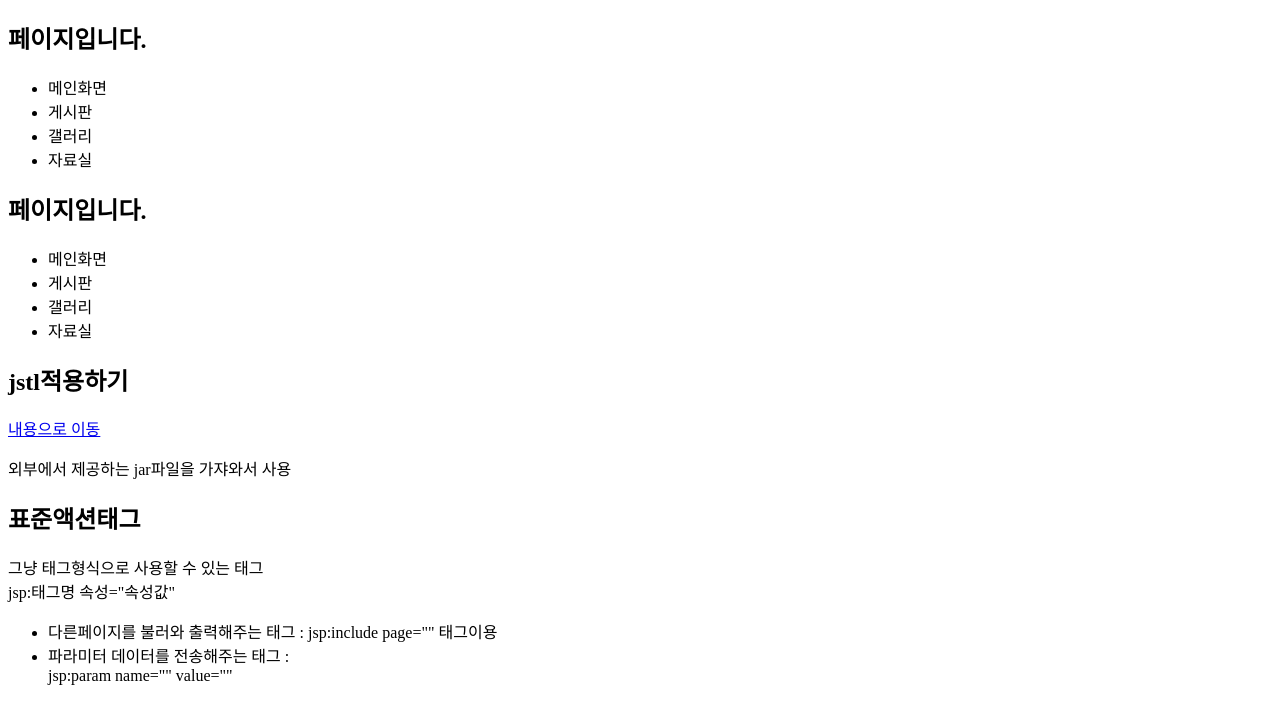
Repository: simjiho/week
Page: http://localhost/el_jstl/
An editor plug-in stored every save of this project. The page is shown before and after the next save, followed by the edit.
The browser window is 1280 px wide. The pictures show the whole page.
The page is served by Tomcat 9. Other server files are loaded and not shown.

Above is the page before, as saved 2024-04-20 05:34:57.

### workspace/el_jstl/src/main/webapp/index.jsp
<%@ page language="java" contentType="text/html; charset=UTF-8"
    pageEncoding="UTF-8"%>
<!-- 이용할 jstl 태그를 선언해야함 -->
<%@ taglib prefix="c" uri="http://java.sun.com/jsp/jstl/core" %>
<%@ taglib prefix="fmt" uri="http://java.sun.com/jsp/jstl/fmt" %>
<%@ include file="/views/common/header.jsp" %>
<jsp:include page="/views/common/header.jsp">
	<jsp:param name="titles" value="Main"/>
</jsp:include>

	<%-- <h3><%=name %></h3> --%>
	<h2>jstl적용하기</h2>
	<a href="views/content.jsp">내용으로 이동</a>
	<p>외부에서 제공하는 jar파일을 가쟈와서 사용</p>

	<h2>표준액션태그</h2>
	<p>
		그냥 태그형식으로 사용할 수 있는 태그 <br>
		jsp:태그명 속성="속성값"
	</p>
	<ul>
		<li>
			다른페이지를 불러와 출력해주는 태그 : jsp:include page="" 태그이용
		</li>
		<li>
			파라미터 데이터를 전송해주는 태그 : <br>
			jsp:param name="" value=""
		</li>
	</ul>
</body>
</html>

### workspace/el_jstl/src/main/webapp/views/common/header.jsp
<%@ page language="java" contentType="text/html; charset=UTF-8"
    pageEncoding="UTF-8"%>
<%
	String name="안녕";
%>
<!DOCTYPE html>
<html>
<head>
<meta charset="UTF-8">
<title>근명고등학교</title>
</head>
<body>
	<h2 style="${param.style}">${param.title} 페이지입니다.</h2>
	<ul>
		<li>메인화면</li>
		<li>게시판</li>
		<li>갤러리</li>
		<li>자료실</li>
	</ul>

After the next save:
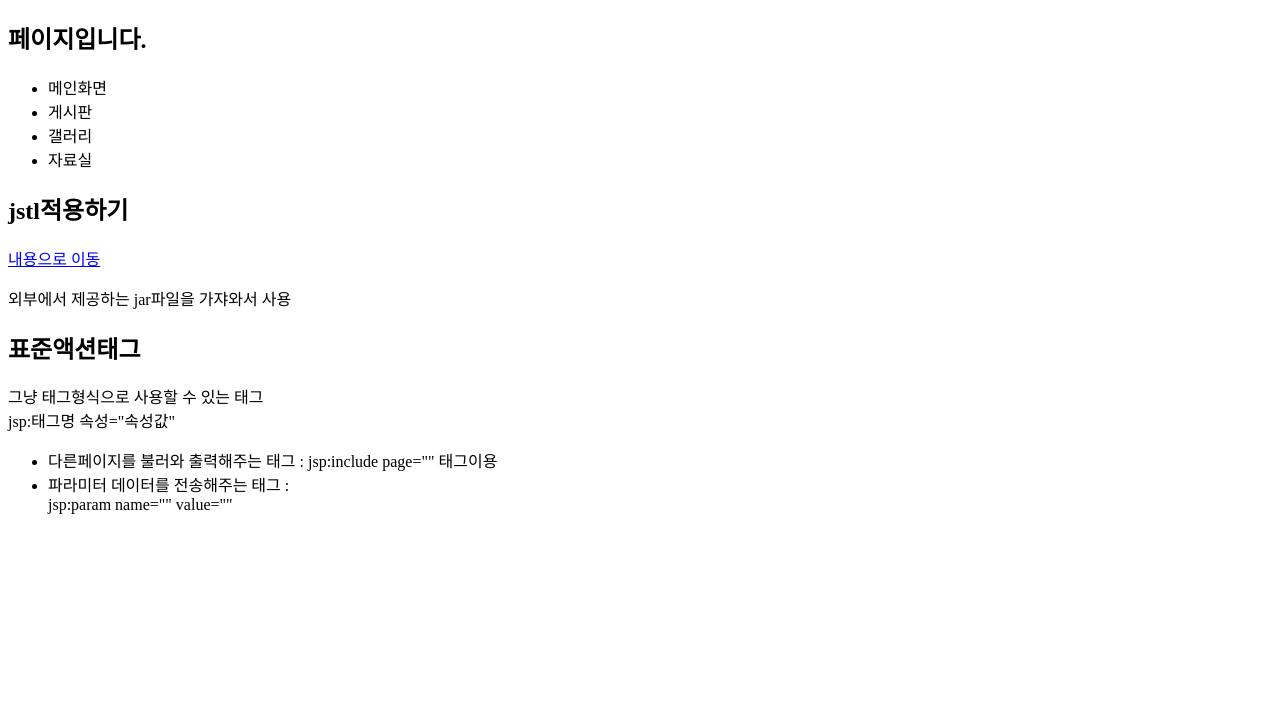
Saved 54 s later.
--- a/workspace/el_jstl/src/main/webapp/index.jsp
+++ b/workspace/el_jstl/src/main/webapp/index.jsp
@@ -3,7 +3,6 @@
 <!-- 이용할 jstl 태그를 선언해야함 -->
 <%@ taglib prefix="c" uri="http://java.sun.com/jsp/jstl/core" %>
 <%@ taglib prefix="fmt" uri="http://java.sun.com/jsp/jstl/fmt" %>
-<%@ include file="/views/common/header.jsp" %>
 <jsp:include page="/views/common/header.jsp">
 	<jsp:param name="titles" value="Main"/>
 </jsp:include>
